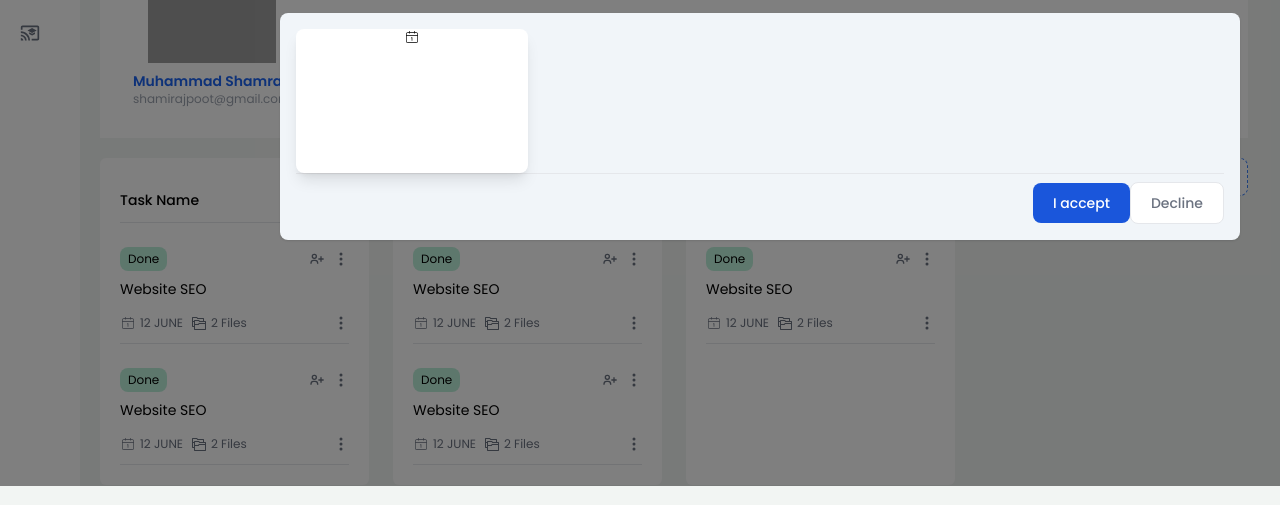
Repository: Shamraiz761/Frontend-Assessment
Page: /, after clicking the first element matching `button.bg-white`
These files come from the project's save history. The page is drawn as it stood at one moment and after the next save; the edit follows.
The browser window is 1280 px wide. The pictures show the part of the page from y = 234 to 739 px (the page is 739 px tall).
Pictures or frames that could not be fetched are drawn as grey boxes. The project was rebuilt for these pictures with package versions that can differ from the ones it lists, and the page was loaded fresh each time. Also part of the build but not shown: vite.config.js. Imported but missing from the stored project, and not drawn on this page: src/pages/auth/login.

Above is the page before, as saved 2023-06-09 13:11:55.

### src/main.jsx
import ReactDOM from 'react-dom/client'

import React from 'react'

import App from './App.jsx'
import './index.css'

ReactDOM.createRoot(document.getElementById('root')).render(
  <React.StrictMode>
    <App />
  </React.StrictMode>,
)

### src/App.jsx
import React from 'react'
import { DndProvider } from 'react-dnd'
import { HTML5Backend } from 'react-dnd-html5-backend'
import 'flowbite'

import AppRoutes from './routes'

export default function App() {
  return (
    <DndProvider backend={HTML5Backend}>
      <AppRoutes />
    </DndProvider>
  )
}

### src/index.css
@import url("https://fonts.googleapis.com/css2?family=Poppins:wght@400;500;600;700;800;900&display=swap");

@tailwind base;
@tailwind components;
@tailwind utilities;

* {
  margin: 0;
  padding: 0;
}

body {
  margin: 0;
  font-family: "Poppins", -apple-system, BlinkMacSystemFont, "Segoe UI",
    "Roboto", "Oxygen", "Ubuntu", "Cantarell", "Fira Sans", "Droid Sans",
    "Helvetica Neue", sans-serif;
  -webkit-font-smoothing: antialiased;
  -moz-osx-font-smoothing: grayscale;
  width: 100vw;
  overflow-x: hidden;
  background-color: #f2f5f3;
  /* background: linear-gradient(180deg, #faefe8 0%, #edc7ac 100%); */
}

code {
  font-family: source-code-pro, Menlo, Monaco, Consolas, "Courier New",
    monospace;
}

.pointer-cursor {
  cursor: pointer;
}

.cusBorder {
  border: 1px solid #000;
  border-radius: 5px;
}

img {
  cursor: pointer;
}
.errors {
  color: #dc3545;
  padding: 0;
  margin: 0;
  font-size: 12px;
}
.loader {
  position: fixed;
  top: 0;
  bottom: 0;
  left: 0;
  right: 0;
  background-color: rgba(47, 151, 161, 0.32);

  display: flex;
  justify-content: center;
  align-items: center;
}

.link {
  color: #000;
  cursor: pointer;
  text-decoration: none;
}
.link:hover {
  color: #000;
}

.trans-btn {
  background-color: transparent;
  border: none;
}
.profile-logout-btn {
  border: 0;
}
.profile-logout-btn:hover {
  border: 0;
}
.profile-btn {
  border-radius: 0;
  border: 0;
}
.logout-btn {
  border-radius: 0;
  border: 0;
}
.logout-btn:hover {
  background-color: rgba(220, 53, 69, 0.5);
  border: 0;
  color: #fff;
}
.breadcrumbs ul {
  list-style: none;
  display: inline-block;
}

.breadcrumbs ul li {
  display: inline;
}

.breadcrumbs ul li .bc-link {
  /* display: block; */
  width: max-content;
  background-color: #f8f9fa;
  padding: 6px 15px 6px 25px;
  text-align: center;
  position: relative;
  margin: 0 10px 0 0;
  font-size: 15px;
  text-decoration: none;
  color: #000;
}
.breadcrumbs ul li .bc-link::after {
  content: "";
  border-top: 17px solid transparent;
  border-bottom: 17px solid transparent;
  border-left: 17px solid #f8f9fa;
  position: absolute;
  top: 0;
  right: -17px;
  z-index: 1;
}
.breadcrumbs ul li .bc-link::before {
  content: "";
  border-top: 17px solid transparent;
  border-bottom: 17px solid transparent;
  border-left: 17px solid #71cdd5;
  position: absolute;
  top: 0;
  left: 0;
}
.breadcrumbs ul li:first-child .bc-link {
  border-top-left-radius: 5px;
  border-bottom-left-radius: 5px;
}
.breadcrumbs ul li:first-child .bc-link::before {
  display: none;
}

.breadcrumbs ul li:last-child .bc-link {
  padding-right: 20px;
  border-top-right-radius: 5px;
  border-bottom-right-radius: 5px;
}
.breadcrumbs ul li:last-child .bc-link::after {
  display: none;
}

@media screen and (max-width: 500px) {
  .breadcrumbs ul li .bc-link {
    /* display: block; */
    padding: 2px 2px 2px 13px;
    /* margin: 0 10px 0 0; */
    font-size: 14px;
  }

  .breadcrumbs ul li .bc-link::after {
    content: "";
    border-top: 11.6px solid transparent;
    border-bottom: 11.6px solid transparent;
    border-left: 11.6px solid #f8f9fa;
    position: absolute;
    top: 0;
    right: -11.6px;
    z-index: 1;
  }
  .breadcrumbs ul li .bc-link::before {
    content: "";
    border-top: 11.6px solid transparent;
    border-bottom: 11.6px solid transparent;
    border-left: 11.6px solid #71cdd5;
    position: absolute;
    top: 0;
    left: 0;
  }
  .breadcrumbs ul li:last-child .bc-link {
    padding-right: 5px;
  }
}

@media screen and (max-width: 350px) {
  .breadcrumbs ul li .bc-link {
    /* display: block; */
    padding: 2px 2px 2px 12px;
    /* margin: 0 10px 0 0; */
    font-size: 10px;
  }

  .breadcrumbs ul li .bc-link::after {
    content: "";
    border-top: 9px solid transparent;
    border-bottom: 9px solid transparent;
    border-left: 9px solid #f8f9fa;
    position: absolute;
    top: 0;
    right: -9px;
    z-index: 1;
  }
  .breadcrumbs ul li .bc-link::before {
    content: "";
    border-top: 9px solid transparent;
    border-bottom: 9px solid transparent;
    border-left: 9px solid #edc7ac;
    position: absolute;
    top: 0;
    left: 0;
  }
  .breadcrumbs ul li:last-child .bc-link {
    padding-right: 5px;
  }
}

/* ********************************************** */

### src/routes/index.jsx
import {
  createBrowserRouter,
  createRoutesFromElements,
  RouterProvider,
  Route,
} from "react-router-dom";

import * as React from "react";

import Layout from "./layout";
import Root from "./root";

import Home from "../pages/dashboard";
import Login from "../pages/auth/login";
import Header from "../components/header/index";

export default function AppRoutes() {
  const router = createBrowserRouter(
    createRoutesFromElements(
      <Route path="/" element={<Root />}>
        <Route path="/login" element={<Login />} />

        <Route element={<Layout />}>
          <Route path="/" element={<Home />} />
        </Route>
      </Route>
    )
  );

  return <RouterProvider router={router} />;
}

### src/routes/layout.jsx
import { Link, Outlet, useNavigate } from "react-router-dom";
import { Gi3DGlasses } from "react-icons/gi";
import { CgProfile } from "react-icons/cg";
import { BsArrowLeft, BsFillChatSquareTextFill } from "react-icons/bs";
import { MdOutlineDashboard, MdOutlineCastForEducation } from "react-icons/md";

import React, { useState } from "react";
import Header from "../components/header/index";

export default function Layout() {
  const [open, setOpen] = useState(false);
  const [type, setType] = useState(false);
  const navigate = useNavigate();
  return (
    <div>
      {/* {loading && <LoadingSpinner asOverlay />} */}
      <div
        className={` h-screen bg-white  p-3 ${
          open ? "w-56" : "w-20"
        } fixed top-0 sidebar z-50`}
      >
        {/* Logo */}

        <div className="flex flex-row justify-center">
          <svg
            width="67"
            height="67"
            viewBox="0 0 67 67"
            fill="none"
            xmlns="http://www.w3.org/2000/svg"
            className={` text-4xl block float-left cursor-pointer rounded duration-500 ${
              !open && "rotate-[360deg]"
            }`}
            onClick={() => {
              setOpen(!open);
              setType(false);
            }}
          >
            <path
              d="M22.138 15.2984L30.8759 24.0363C32.3276 25.488 34.7005 25.488 36.1522 24.0363L44.8901 15.2984C47.2351 12.9534 45.588 8.90552 42.238 8.90552H24.7622C21.4401 8.90552 19.7651 12.9534 22.138 15.2984Z"
              fill="#208FF5"
            />
            <path
              d="M22.138 51.7017L30.8759 42.9637C32.3276 41.5121 34.7005 41.5121 36.1522 42.9637L44.8901 51.7017C47.2351 54.0467 45.588 58.0946 42.238 58.0946H24.7622C21.4401 58.0946 19.7651 54.0467 22.138 51.7017Z"
              fill="#208FF5"
            />
            <path
              d="M6.03002 31.9088L12.423 21.8588C13.428 20.2676 15.6614 20.0163 17.0014 21.3563L27.0514 31.4063C28.1959 32.5509 28.1959 34.4213 27.0514 35.5659L17.0014 45.6159C15.6614 46.9559 13.456 46.7047 12.423 45.1134L6.03002 35.0634C5.44377 34.1142 5.44377 32.8859 6.03002 31.9088Z"
              fill="#208FF5"
            />
            <path
              d="M60.9701 31.9088L54.5771 21.8588C53.5721 20.2676 51.3387 20.0163 49.9987 21.3563L39.9488 31.4063C38.8042 32.5509 38.8042 34.4213 39.9488 35.5659L49.9987 45.6159C51.3387 46.9559 53.5442 46.7047 54.5771 45.1134L60.9701 35.0634C61.5563 34.1142 61.5563 32.8859 60.9701 31.9088Z"
              fill="#208FF5"
            />
          </svg>
        </div>

        {/* Search */}

        <ul className="pt-2">
          {/* Dashboard */}
          <Link
            to="/"
            className={` rounded-md text-gray-500  text-xs flex items-center gap-x-4 cursor-pointer hover:bg-gray-50 hover:text-blue-500 py-4 p-2`}
          >
            <span className="text-xl block float-left">
              <MdOutlineDashboard />
            </span>
            <span
              className={` text-sm font-md flex-1
          ${!open && "hidden"}`}
            >
              Marketplace
            </span>
          </Link>

          <Link
            className={` rounded-md text-gray-500  text-xs flex items-center gap-x-4 cursor-pointer hover:bg-gray-50 hover:text-blue-500 py-4 p-2`}
            to="/profile"
          >
            <span className="text-xl block float-left">
              <CgProfile />
            </span>
            <span
              className={` text-xs font-md flex-1
          ${!open && "hidden"}`}
            >
              Profile
            </span>
          </Link>

          {/* Lens */}
          <Link
            className={` rounded-md text-gray-500  text-xs flex items-center gap-x-4 cursor-pointer hover:bg-gray-50 hover:text-blue-500 py-4 p-2`}
            to="/chat"
          >
            <span className="text-lg block float-left">
              <BsFillChatSquareTextFill />
            </span>
            <span
              className={` text-xs font-md flex-1
          ${!open && "hidden"}`}
            >
              Chat
            </span>
          </Link>

          {/* Orders */}
          <Link
            className={` rounded-md text-gray-500  text-xs flex items-center gap-x-4 cursor-pointer hover:bg-gray-50 hover:text-blue-500 py-4 p-2`}
            to="/education"
          >
            <span className="text-xl block float-left">
              <MdOutlineCastForEducation />
            </span>
            <span
              className={` text-xs font-md flex-1
          ${!open && "hidden"}`}
            >
              Education
            </span>
          </Link>
        </ul>
      </div>
      <div className={` ${open ? "ml-56" : "ml-20"}`}>
        <Header />
        <Outlet />
      </div>
    </div>
  );
}

### src/routes/root.jsx
import { Outlet } from 'react-router-dom'

import React from 'react'

export default function Root() {
    return (
        <Outlet />
    )
}

### src/pages/Dashboard/index.jsx
import { AiOutlinePlusCircle } from "react-icons/ai";
import { BsThreeDotsVertical } from "react-icons/bs";
import { CiCalendarDate } from "react-icons/ci";

import React, { useState } from "react";

import "./index.css";
import Profile from "../../components/dashboard/profile";
import Card from "../../components/dashboard/card";

function Home() {
  const [isModalOpen, setIsModalOpen] = useState(false);

  const toggleModal = () => {
    setIsModalOpen(!isModalOpen);
  };

  return (
    <div className="mr-3">
      <Profile />
      <div className="m-5 grid grid-cols-1 sm:grid-cols-2 md:grid-cols-3 lg:grid-cols-4 gap-6 ">
        <div className="bg-white p-5 rounded-md">
          <div className="flex flex-row justify-between py-3 border-b">
            <div className="text-sm font-medium">Task Name</div>
            <div className="flex flex-row text-gray-500">
              <AiOutlinePlusCircle className="mr-2" />
              <BsThreeDotsVertical />
            </div>
          </div>
          <Card />
          <Card />
        </div>
        <div className="bg-white p-5 rounded-md">
          <div className="flex flex-row justify-between py-3 border-b">
            <div className="text-sm font-medium">Task Name</div>
            <div className="flex flex-row text-gray-500">
              <AiOutlinePlusCircle className="mr-2" />
              <BsThreeDotsVertical />
            </div>
          </div>
          <Card />
          <Card />
        </div>
        <div className="bg-white p-5 rounded-md">
          <div className="flex flex-row justify-between py-3 border-b">
            <div className="text-sm font-medium">Task Name</div>
            <div className="flex flex-row text-gray-500">
              <AiOutlinePlusCircle className="mr-2" />
              <BsThreeDotsVertical />
            </div>
          </div>
          <Card />
        </div>

        <div>
          <button
            onClick={toggleModal}
            className="bg-white flex flex-row justify-center text-blue-500 rounded-lg border border-dashed border-blue-500 px-2 py-2 text-sm w-full"
            type="button"
          >
            <AiOutlinePlusCircle className="mr-2 mt-1" />
            <h1>Add List</h1>
          </button>
          {isModalOpen && (
            <div className="fixed  top-0 left-0 right-0 bottom-0 z-50   bg-opacity-50 bg-black">
              <div className="  min-h-screen flex items-center justify-center ">
                <div className="absolute w-9/12 ml-60 bg-slate-100 rounded-lg shadow p-4">
                  <div className="grid grid-cols-4">
                    <div className="col-span-3">
                      <div className="grid grid-cols-1 md:grid-cols-2 lg:grid-cols-3 flex-wrap">
                        <div className="card bg-white rounded-lg shadow-lg">
                          <div className="flex flex-row justify-center h-36 ">
                            <CiCalendarDate />
                            <div></div>
                          </div>
                        </div>
                      </div>
                    </div>
                  </div>
                  <div className="flex items-center justify-end border-t pt-2">
                    <button
                      onClick={toggleModal}
                      type="button"
                      className="text-white bg-blue-700 hover:bg-blue-800 focus:ring-4 focus:outline-none focus:ring-blue-300 font-medium rounded-lg text-sm px-5 py-2.5"
                    >
                      I accept
                    </button>
                    <button
                      onClick={toggleModal}
                      type="button"
                      className="text-gray-500 bg-white hover:bg-gray-100 focus:ring-4 focus:outline-none focus:ring-blue-300 rounded-lg border border-gray-200 text-sm font-medium px-5 py-2.5 hover:text-gray-900"
                    >
                      Decline
                    </button>
                  </div>
                </div>
              </div>
            </div>
          )}
        </div>
      </div>
    </div>
  );
}
export default Home;

### src/components/header/index.jsx
import { IoIosNotifications } from "react-icons/io";

import React from "react";
import { CgProfile } from "react-icons/cg";

function Header() {
  return (
    <div>
      {/* component */}
      <nav className=" bg-white w-full flex relative justify-between items-center mx-auto px-8 py-4 h-16">
        {/* search bar */}
        <div className="hidden sm:block flex-shrink flex-grow-0 justify-start px-2">
          <div className="inline-block">
            <div className="inline-flex items-center max-w-full">
              <input
                className="flex items-center text-gray-400 bg-slate-50 justify-between  flex-grow-0  relative w-72 border rounded-lg  py-1"
                type="search"
                placeholder="Search"
              />

              <div className="flex items-center justify-center relative  h-8 w-24 rounded-full"></div>
            </div>
          </div>
        </div>

        <div className="flex-initial">
          <div className="flex justify-end items-center relative">
            <div className="block">
              <div className="inline relative sm:flex sm:flex-row sm:justify-center">
                <button
                  type="button"
                  className="inline-flex items-center relative px-2  rounded-full hover:shadow-lg"
                >
                  <IoIosNotifications className="text-gray-400 text-xl" />
                </button>
                <button
                  type="button"
                  className="inline-flex items-center relative px-2  rounded-full hover:shadow-lg"
                >
                  <CgProfile className="text-gray-400 text-xl" />
                </button>
              </div>
            </div>
          </div>
        </div>
        {/* end login */}
      </nav>
    </div>
  );
}

export default Header;

### src/pages/Dashboard/index.css
.dashboard-cover-iamge{
    background: url("../../assets/images/dashboard-back.png");
    background-position: center;
    background-repeat: no-repeat;
    background-size: cover;

}

### src/components/dashboard/profile.jsx
import profile from "../../assets/images/Ellipse 1631.png";

import React from "react";

function Profile() {
  return (
    <div className="m-5  w-[11/12] md:h-72 h-[360px]  bg-white">
      <div className="dashboard-cover-iamge h-[150px]  w-[100%]"></div>
      <div className="grid lg:grid-cols-2 grid-cols-1 md:grid-cols-2 flex-row justify-between flex-wrap">
        <div className="ml-12">
          <img src={profile} className="h-32 w-32 mt-[-65px]  " />
          <h1 className="text-blue-600 font-semibold text-sm ml-[-15px] mt-2">
            Muhammad Shamraiz
          </h1>
          <p className="text-gray-400 text-xs font-thin ml-[-15px]">
            shamirajpoot@gmail.com
          </p>
        </div>
        <div className="grid my-3 grid-cols-2 lg:grid-cols-4 md:justify-end justify-between mx-8 items-center ">
          <button className="btn border  rounded-full w-24 lg:w-28 m-1  px-4 py-2 bg-blue-600 text-sm  text-white">
            Task
          </button>
          <button className="btn border  rounded-full w-24 lg:w-28 m-1 px-4 py-2 bg-gray-300 text-sm  text-gray-800">
            Order
          </button>
          <button className="btn border  rounded-full w-24 lg:w-28  m-1 px-4 py-2 bg-gray-300 text-sm  text-gray-800">
            Submit
          </button>
          <button className="btn border  rounded-full w-24 lg:w-28 m-1 px-4 py-2 bg-gray-300 text-sm  text-gray-800">
            Payment
          </button>
        </div>
      </div>
    </div>
  );
}

export default Profile;

### src/components/dashboard/card.jsx
import { BiUserPlus } from "react-icons/bi";
import { CiCalendarDate } from "react-icons/ci";
import { VscFileSubmodule } from "react-icons/vsc";
import { BsThreeDotsVertical } from "react-icons/bs";

import React from "react";

function Card() {
  return (
    <div className="border-b py-3">
      <div className="flex flex-row justify-between mt-3 ">
        <span className="bg-green-200 px-2 py-1 rounded-lg text-xs font-thin">
          Done
        </span>
        <div className="flex flex-row text-gray-500 mt-1">
          <BiUserPlus className="mr-2 " />
          <BsThreeDotsVertical />
        </div>
      </div>
      <h1 className="text-sm my-2">Website SEO</h1>

      <div className="flex flex-row justify-between mt-3">
        <div className="flex flex-row">
          <div className="flex flex-row text-gray-500 mt-1">
            <CiCalendarDate className="mr-1" />
            <p className="text-xs font-thin text-gray-500 mr-2">12 JUNE</p>
          </div>
          <div className="flex flex-row text-gray-500 mt-1">
            <VscFileSubmodule className="mr-1" />
            <p className="text-xs font-thin text-gray-500 mr-2">2 Files</p>
          </div>
        </div>
        <div className="flex flex-row text-gray-500 mt-1">
          <BsThreeDotsVertical />
        </div>
      </div>
    </div>
  );
}

export default Card;

### tailwind.config.cjs
const colors = require('tailwindcss/colors');
const defaultTheme = require('tailwindcss/defaultTheme');

module.exports = {
  content: ['./src/**/*.{js,jsx,ts,tsx}', "node_modules/flowbite/**/*.js"],
  theme: {
    extend: {
      colors: {
        // set primary color from figma
        // primary: {
        // },
      },
      fontFamily: {
        poppins: ['Poppins', ...defaultTheme.fontFamily.sans],
      },
      fontSize: {
        xxs: '0.5rem',
      },
    },
  },
  plugins: [
    require('flowbite/plugin')
  ],

};

Loaded but not shown: index.html (common file)

After the next save:
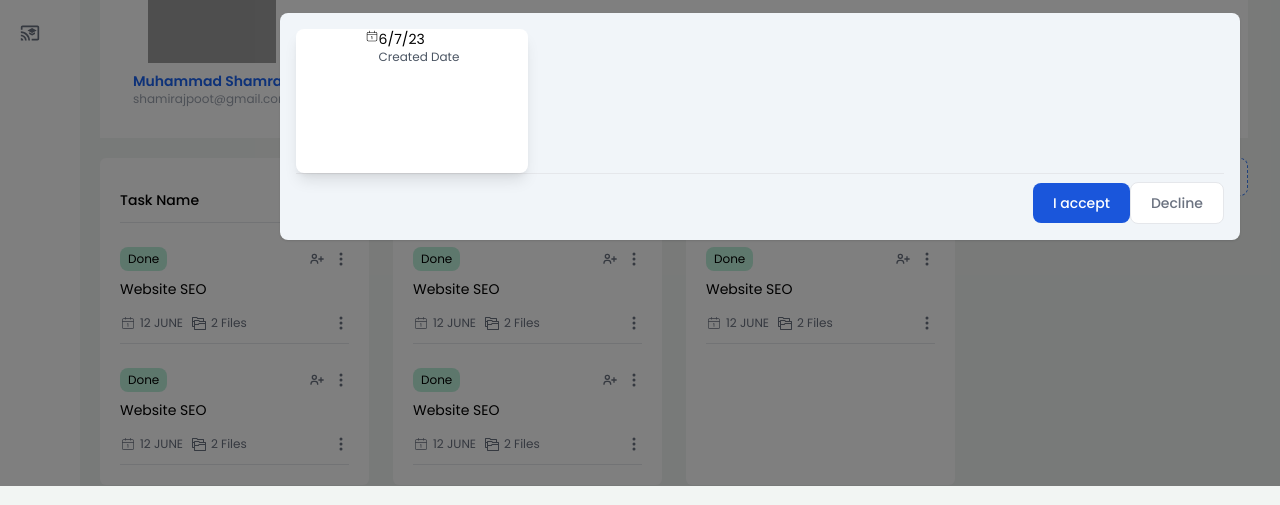
Saved 93 s later.
--- a/src/pages/Dashboard/index.jsx
+++ b/src/pages/Dashboard/index.jsx
@@ -69,9 +69,14 @@ function Home() {
                     <div className="col-span-3">
                       <div className="grid grid-cols-1 md:grid-cols-2 lg:grid-cols-3 flex-wrap">
                         <div className="card bg-white rounded-lg shadow-lg">
-                          <div className="flex flex-row justify-center h-36 ">
+                          <div className="flex flex-row justify-center h-36 text-sm">
                             <CiCalendarDate />
-                            <div></div>
+                            <div>
+                              <p>6/7/23</p>
+                              <p className="text-xs font-thin text-gray-600">
+                                Created Date
+                              </p>
+                            </div>
                           </div>
                         </div>
                       </div>
